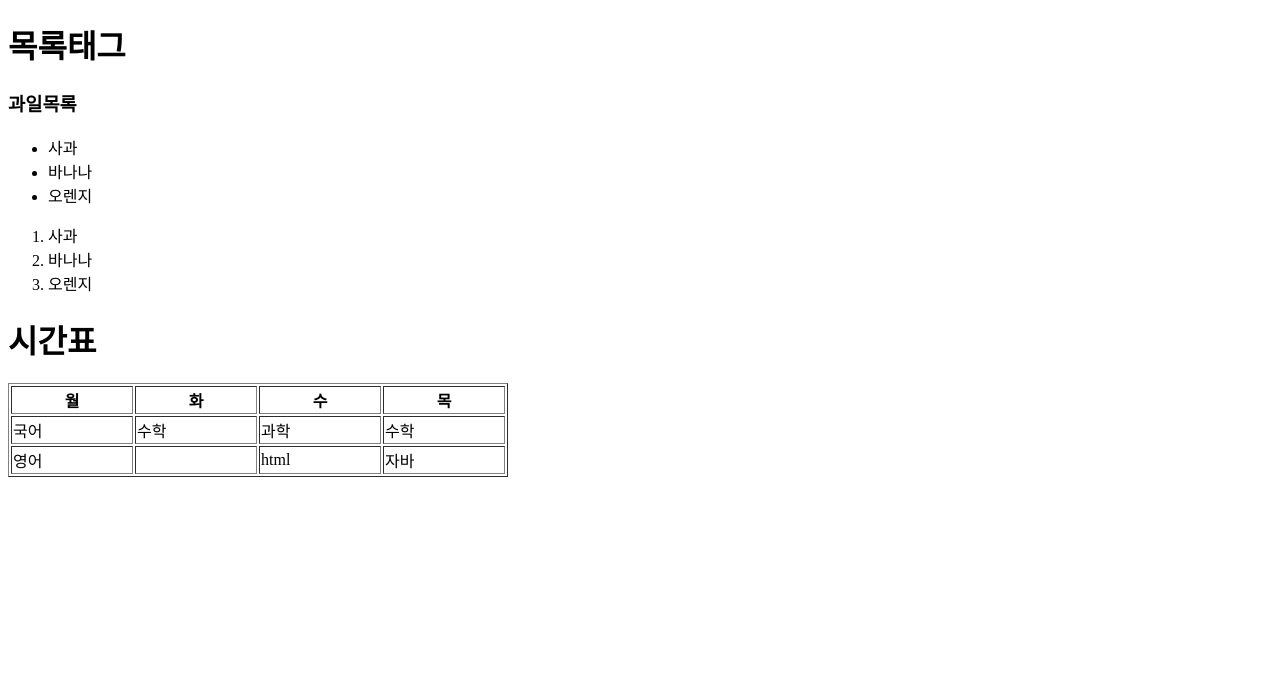
Repository: blinggg/html_git
Page: 0406/ex0406/WebContent/ex04.html
An editor plug-in stored every save of this project. The page is shown before and after the next save, followed by the edit.
The browser window is 1280 px wide. The pictures show the whole page.

Above is the page before, as saved 2020-04-06 04:47:37.

### 0406/ex0406/WebContent/ex04.html
<!DOCTYPE html>
<html>
<head>
<meta charset="UTF-8">
<title>연습4</title>
</head>
<body>
	<h1>목록태그</h1>
	<h3>과일목록</h3>

	<!-- 순서가 없는 리스트 -->
	<ul>
		<li>사과  </li>
		<li>바나나</li>
		<li>오렌지</li>
	</ul>

	<!-- 순서가 있는 리스트 -->
	<ol><li>사과  </li>
		<li>바나나</li>
		<li>오렌지</li>
	</ol>

	<h1>시간표</h1>
	<table border=1 width=500>
		<tr>
			<th>월</th>
			<th>화</th>
			<th>수</th>
			<th>목</th>


		</tr>
		<tr>
			<td>국어</td>
			<td>수학</td>
			<td>과학</td>
			<td>수학</td>
		</tr>

		<tr>
			<td>영어</td>
			<td></td>
			<td>html</td>
			<td>자바</td>

		</tr>

	</table>
</body>
</html>

After the next save:
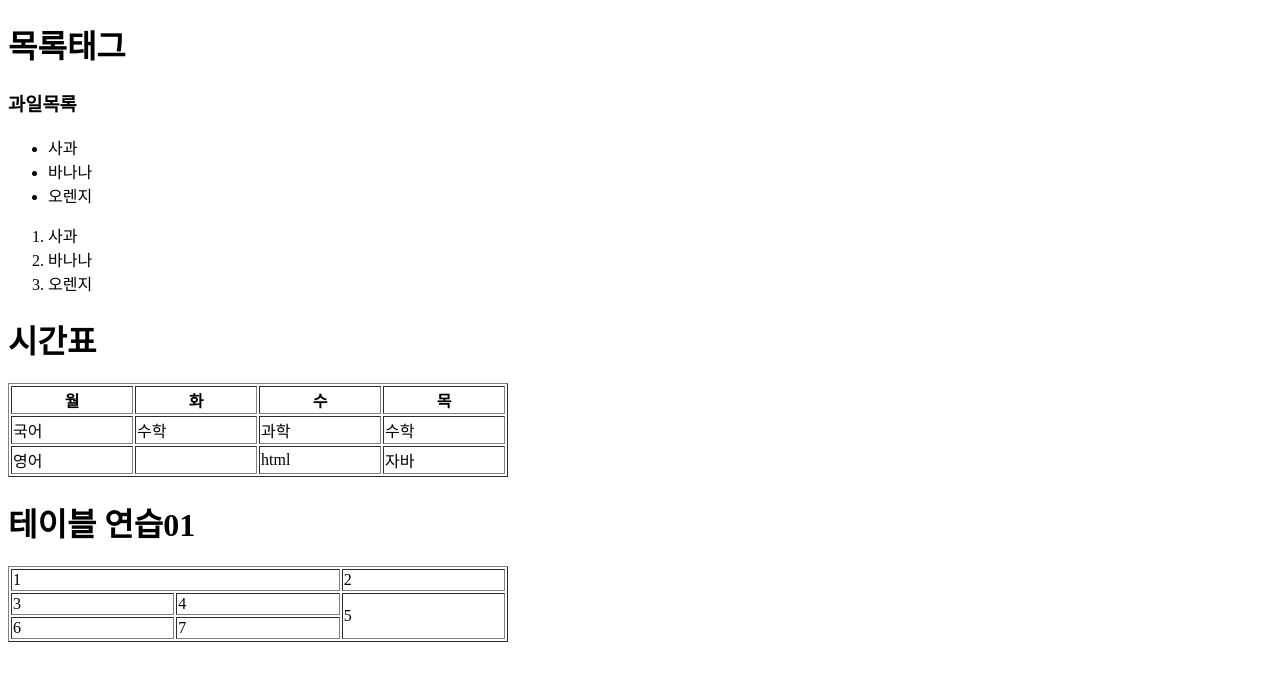
Saved 24 min 15 s later.
--- a/0406/ex0406/WebContent/ex04.html
+++ b/0406/ex0406/WebContent/ex04.html
@@ -45,7 +45,26 @@
 			<td>자바</td>
 
 		</tr>
+		</table>
 
-	</table>
+		<h1>테이블 연습01</h1>
+		<table border=1 width=500>
+			<tr>
+				<td colspan=2>1</td>
+				<td>2</td>
+			</tr>
+			<tr>
+				<td>3</td>
+				<td>4</td>
+				<td rowspan=2>5</td>
+			</tr>
+			<tr>
+				<td>6</td>
+				<td>7</td>
+			</tr>
+
+
+
+		</table>
 </body>
 </html>
